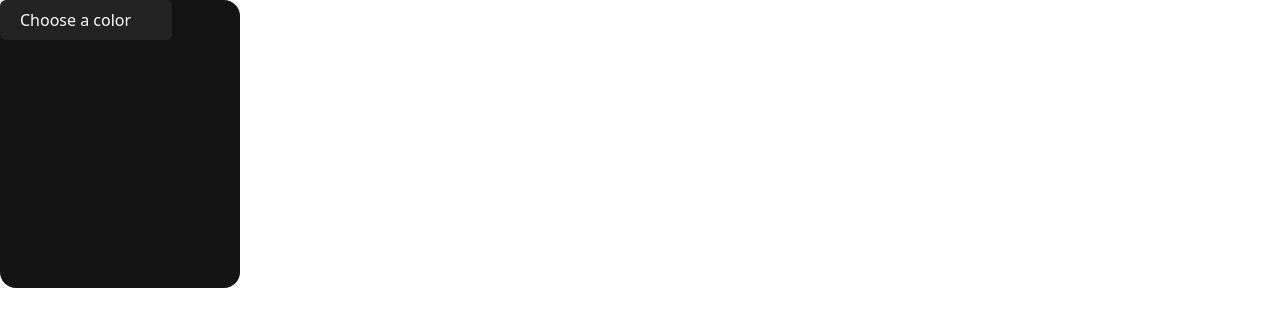
Repository: SayedJamil/Edvora-app
Page: /leftcard
The author's editor kept a copy of each file at every save. The page is drawn from the files as they stood at one save, then again after the next save.
The browser window is 1280 px wide. The pictures show the whole page.
The project was rebuilt for these pictures with package versions that can differ from the ones it lists, and the page was loaded fresh each time. The framework's server and built-in components were replaced by stand-ins that run in the browser. Also part of the build but not shown: next.config.js.

Above is the page before, as saved 2021-12-19 15:58:38.

After the next save:
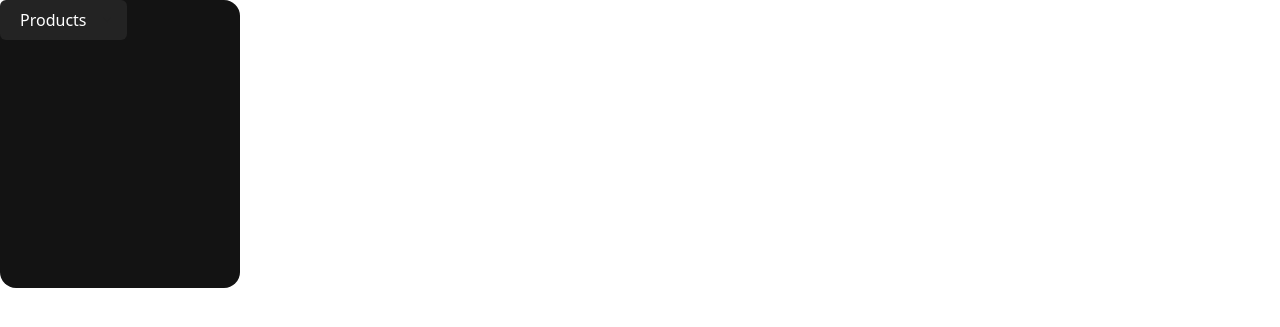
Saved 3 min 14 s later.
--- a/pages/leftcard.js
+++ b/pages/leftcard.js
@@ -5,7 +5,7 @@ function leftcard() {
             <div class="relative inline-flex">
                 <svg class="w-2 h-2 absolute top-0 right-0 m-4 pointer-events-none" xmlns="http://www.w3.org/2000/svg" viewBox="0 0 412 232"><path d="M206 171.144L42.678 7.822c-9.763-9.763-25.592-9.763-35.355 0-9.763 9.764-9.763 25.592 0 35.355l181 181c4.88 4.882 11.279 7.323 17.677 7.323s12.796-2.441 17.678-7.322l181-181c9.763-9.764 9.763-25.592 0-35.355-9.763-9.763-25.592-9.763-35.355 0L206 171.144z" fill="#232323" fill-rule="nonzero" /></svg>
                 <select class="rounded-md h-10 pl-5 pr-10 bg-[#232323] hover:border-[#232323] focus:outline-none appearance-none outline-none text-white">
-                    <option>Choose a color</option>
+                    <option>Products</option>
                     <option>Red</option>
                     <option>Blue</option>
                 </select>
